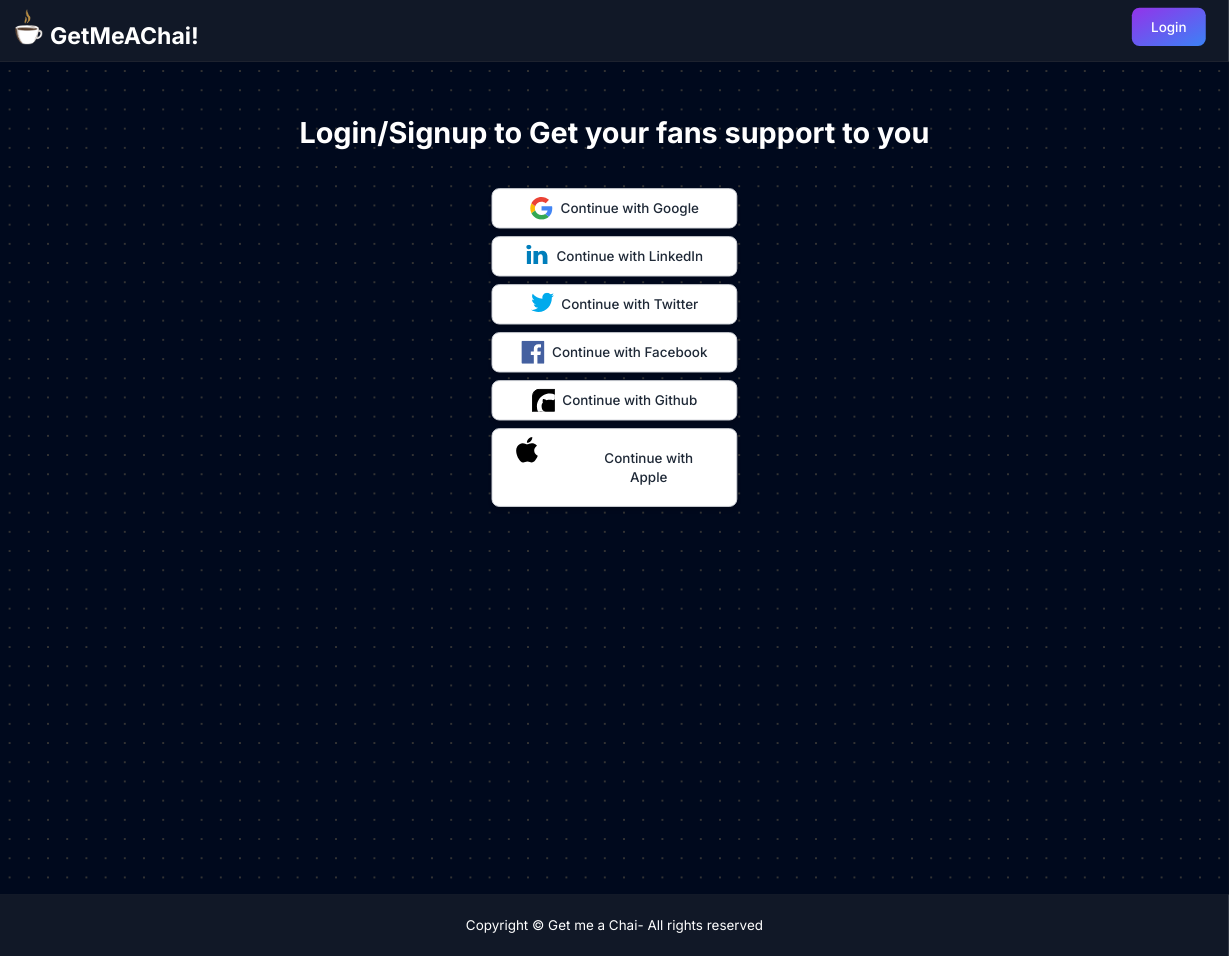
Repository: sarthaktomar579/saharaWorks
Page: /login
The author's editor kept a copy of each file at every save. The page is drawn from the files as they stood at one save, then again after a run of saves.
The browser window is 1280 px wide. The pictures show the whole page, at 96% of full size.
The project was rebuilt for these pictures with package versions that can differ from the ones it lists, and the page was loaded fresh each time. The framework's server and built-in components were replaced by stand-ins that run in the browser. Also part of the build but not shown: next.config.mjs.

Above is the page before, as saved 2024-08-31 20:56:23.

### app/layout.js
import { Inter } from "next/font/google";
import "./globals.css";
import Navbar from "@/components/Navbar";
import Footer from "@/components/Footer";

const inter = Inter({ subsets: ["latin"] });

export const metadata = {
  title: "Get me a Chai- Fund your projects with a chai",
  description: "This website is a crowd funding platform for creators",
};

export default function RootLayout({ children }) {
  return (
    <html lang="en">
      <body className={inter.className}>
        <Navbar/>
        <div className="min-h-[82.3vh] bg-[#000000] bg-[radial-gradient(#ffffff33_1px,#00091d_1px)] bg-[size:20px_20px]">
        {children}
        </div>
        <Footer/>
      </body>
    </html>
  );
}
{/* <div class="absolute top-0 z-[-2] h-screen w-screen bg-[#000000] bg-[radial-gradient(#ffffff33_1px,#00091d_1px)] bg-[size:20px_20px]"></div> */}

### app/login/page.js
import React from 'react';

const Login = () => {
    return (
        <div className='mx-auto py-14 text-white'>
            <h1 className='text-center text-3xl font-bold'>
                Login/Signup to Get your fans support to you
            </h1>
            <div className="flex flex-col gap-2 min-h-screen p-10">


                <button
                    className="mx-auto flex items-center justify-center w-64 border bg-white border-gray-300 rounded-lg shadow-md max-w-xs px-6 py-2 text-sm font-medium text-gray-800 hover:bg-gray-200 focus:outline-none focus:ring-2 focus:ring-offset-2 focus:ring-gray-500">
                    <svg className="h-6 w-6 mr-2" xmlns="http://www.w3.org/2000/svg" viewBox="-0.5 0 48 48" version="1.1">

                        <g id="Icons" stroke="none" stroke-width="1" fill="none" fill-rule="evenodd">
                            <g id="Color-" transform="translate(-401.000000, -860.000000)">
                                <g id="Google" transform="translate(401.000000, 860.000000)">
                                    <path
                                        d="M9.82727273,24 C9.82727273,22.4757333 10.0804318,21.0144 10.5322727,19.6437333 L2.62345455,13.6042667 C1.08206818,16.7338667 0.213636364,20.2602667 0.213636364,24 C0.213636364,27.7365333 1.081,31.2608 2.62025,34.3882667 L10.5247955,28.3370667 C10.0772273,26.9728 9.82727273,25.5168 9.82727273,24"
                                        id="Fill-1" fill="#FBBC05"> </path>
                                    <path
                                        d="M23.7136364,10.1333333 C27.025,10.1333333 30.0159091,11.3066667 32.3659091,13.2266667 L39.2022727,6.4 C35.0363636,2.77333333 29.6954545,0.533333333 23.7136364,0.533333333 C14.4268636,0.533333333 6.44540909,5.84426667 2.62345455,13.6042667 L10.5322727,19.6437333 C12.3545909,14.112 17.5491591,10.1333333 23.7136364,10.1333333"
                                        id="Fill-2" fill="#EB4335"> </path>
                                    <path
                                        d="M23.7136364,37.8666667 C17.5491591,37.8666667 12.3545909,33.888 10.5322727,28.3562667 L2.62345455,34.3946667 C6.44540909,42.1557333 14.4268636,47.4666667 23.7136364,47.4666667 C29.4455,47.4666667 34.9177955,45.4314667 39.0249545,41.6181333 L31.5177727,35.8144 C29.3995682,37.1488 26.7323182,37.8666667 23.7136364,37.8666667"
                                        id="Fill-3" fill="#34A853"> </path>
                                    <path
                                        d="M46.1454545,24 C46.1454545,22.6133333 45.9318182,21.12 45.6113636,19.7333333 L23.7136364,19.7333333 L23.7136364,28.8 L36.3181818,28.8 C35.6879545,31.8912 33.9724545,34.2677333 31.5177727,35.8144 L39.0249545,41.6181333 C43.3393409,37.6138667 46.1454545,31.6490667 46.1454545,24"
                                        id="Fill-4" fill="#4285F4"> </path>
                                </g>
                            </g>
                        </g>
                    </svg>
                    <span>Continue with Google</span>
                </button>


                <button
                    className="mx-auto flex items-center justify-center w-64  border bg-white border-gray-300 rounded-lg shadow-md max-w-xs px-6 py-2 text-sm font-medium text-gray-800 hover:bg-gray-200 focus:outline-none focus:ring-2 focus:ring-offset-2 focus:ring-gray-500">
                    <svg className="h-6 w-6 mr-2" xmlns="http://www.w3.org/2000/svg" viewBox="-0.5 0 48 48" version="1.1">
                        <g id="Icons" stroke="none" stroke-width="1" fill="none" fill-rule="evenodd">
                            <g id="Color-" transform="translate(-702.000000, -265.000000)" fill="#007EBB">
                                <path
                                    d="M746,305 L736.2754,305 L736.2754,290.9384 C736.2754,287.257796 734.754233,284.74515 731.409219,284.74515 C728.850659,284.74515 727.427799,286.440738 726.765522,288.074854 C726.517168,288.661395 726.555974,289.478453 726.555974,290.295511 L726.555974,305 L716.921919,305 C716.921919,305 717.046096,280.091247 716.921919,277.827047 L726.555974,277.827047 L726.555974,282.091631 C727.125118,280.226996 730.203669,277.565794 735.116416,277.565794 C741.21143,277.565794 746,281.474355 746,289.890824 L746,305 L746,305 Z M707.17921,274.428187 L707.117121,274.428187 C704.0127,274.428187 702,272.350964 702,269.717936 C702,267.033681 704.072201,265 707.238711,265 C710.402634,265 712.348071,267.028559 712.41016,269.710252 C712.41016,272.34328 710.402634,274.428187 707.17921,274.428187 L707.17921,274.428187 L707.17921,274.428187 Z M703.109831,277.827047 L711.685795,277.827047 L711.685795,305 L703.109831,305 L703.109831,277.827047 L703.109831,277.827047 Z"
                                    id="LinkedIn">

                                </path>
                            </g>
                        </g>
                    </svg> <span>Continue with LinkedIn</span>
                </button>


                <button
                    className="mx-auto flex items-center justify-center w-64  border bg-white border-gray-300 rounded-lg shadow-md max-w-xs px-6 py-2 text-sm font-medium text-gray-800 hover:bg-gray-200 focus:outline-none focus:ring-2 focus:ring-offset-2 focus:ring-gray-500">
                    <svg className="h-6 w-6 mr-2" xmlns="http://www.w3.org/2000/svg" viewBox="-0.5 0 48 48" version="1.1">
                        <g id="Icons" stroke="none" stroke-width="1" fill="none" fill-rule="evenodd">
                            <g id="Color-" transform="translate(-300.000000, -164.000000)" fill="#00AAEC">
                                <path
                                    d="M348,168.735283 C346.236309,169.538462 344.337383,170.081618 342.345483,170.324305 C344.379644,169.076201 345.940482,167.097147 346.675823,164.739617 C344.771263,165.895269 342.666667,166.736006 340.418384,167.18671 C338.626519,165.224991 336.065504,164 333.231203,164 C327.796443,164 323.387216,168.521488 323.387216,174.097508 C323.387216,174.88913 323.471738,175.657638 323.640782,176.397255 C315.456242,175.975442 308.201444,171.959552 303.341433,165.843265 C302.493397,167.339834 302.008804,169.076201 302.008804,170.925244 C302.008804,174.426869 303.747139,177.518238 306.389857,179.329722 C304.778306,179.280607 303.256911,178.821235 301.9271,178.070061 L301.9271,178.194294 C301.9271,183.08848 305.322064,187.17082 309.8299,188.095341 C309.004402,188.33225 308.133826,188.450704 307.235077,188.450704 C306.601162,188.450704 305.981335,188.390033 305.381229,188.271578 C306.634971,192.28169 310.269414,195.2026 314.580032,195.280607 C311.210424,197.99061 306.961789,199.605634 302.349709,199.605634 C301.555203,199.605634 300.769149,199.559408 300,199.466956 C304.358514,202.327194 309.53689,204 315.095615,204 C333.211481,204 343.114633,188.615385 343.114633,175.270495 C343.114633,174.831347 343.106181,174.392199 343.089276,173.961719 C345.013559,172.537378 346.684275,170.760563 348,168.735283"
                                    id="Twitter">

                                </path>
                            </g>
                        </g>
                    </svg>

                    <span>Continue with Twitter</span>
                </button>


                <button
                    className="mx-auto flex items-center justify-center w-64  border bg-white border-gray-300 rounded-lg shadow-md max-w-xs px-6 py-2 text-sm font-medium text-gray-800 hover:bg-gray-200 focus:outline-none focus:ring-2 focus:ring-offset-2 focus:ring-gray-500">
                   <svg className="h-6 w-6 mr-2" xmlns="http://www.w3.org/2000/svg" viewBox="-0.5 0 48 48" version="1.1">
                        <g id="Icons" stroke="none" stroke-width="1" fill="none" fill-rule="evenodd">
                            <g id="Color-" transform="translate(-200.000000, -160.000000)" fill="#4460A0">
                                <path
                                    d="M225.638355,208 L202.649232,208 C201.185673,208 200,206.813592 200,205.350603 L200,162.649211 C200,161.18585 201.185859,160 202.649232,160 L245.350955,160 C246.813955,160 248,161.18585 248,162.649211 L248,205.350603 C248,206.813778 246.813769,208 245.350955,208 L233.119305,208 L233.119305,189.411755 L239.358521,189.411755 L240.292755,182.167586 L233.119305,182.167586 L233.119305,177.542641 C233.119305,175.445287 233.701712,174.01601 236.70929,174.01601 L240.545311,174.014333 L240.545311,167.535091 C239.881886,167.446808 237.604784,167.24957 234.955552,167.24957 C229.424834,167.24957 225.638355,170.625526 225.638355,176.825209 L225.638355,182.167586 L219.383122,182.167586 L219.383122,189.411755 L225.638355,189.411755 L225.638355,208 L225.638355,208 Z"
                                    id="Facebook">

                                </path>
                            </g>
                        </g>
                    </svg>

                    <span>Continue with Facebook</span>
                </button>


                <button
                    className="mx-auto flex items-center justify-center w-64  border bg-white border-gray-300 rounded-lg shadow-md max-w-xs px-6 py-2 text-sm font-medium text-gray-800 hover:bg-gray-200 focus:outline-none focus:ring-2 focus:ring-offset-2 focus:ring-gray-500">
                   <svg className="h-6 w-6 mr-2" xmlns="http://www.w3.org/2000/svg" viewBox="-0.5 0 48 48" version="1.1">
                        <g id="team-collaboration/version-control/github" stroke="none" stroke-width="1" fill="none"
                            fill-rule="evenodd">
                            <g id="container" transform="translate(2.000000, 2.000000)" fill-rule="nonzero">
                                <rect id="mask" stroke="#000000" stroke-width="2" fill="#000000" x="-1"
                                    y="-1" width="71" height="71" rx="14">

                                </rect>
                                <path
                                    d="M58.3067362,21.4281798 C55.895743,17.2972267 52.6253846,14.0267453 48.4948004,11.615998 C44.3636013,9.20512774 39.8535636,8 34.9614901,8 C30.0700314,8 25.5585181,9.20549662 21.4281798,11.615998 C17.2972267,14.0266224 14.0269912,17.2972267 11.615998,21.4281798 C9.20537366,25.5590099 8,30.0699084 8,34.9607523 C8,40.8357654 9.71405782,46.1187277 13.1430342,50.8109917 C16.5716416,55.5036246 21.0008949,58.7507436 26.4304251,60.5527176 C27.0624378,60.6700211 27.5302994,60.5875152 27.8345016,60.3072901 C28.1388268,60.0266961 28.290805,59.6752774 28.290805,59.2545094 C28.290805,59.1842994 28.2847799,58.5526556 28.2730988,57.3588401 C28.2610487,56.1650247 28.2553926,55.1235563 28.2553926,54.2349267 L27.4479164,54.3746089 C26.9330843,54.468919 26.2836113,54.5088809 25.4994975,54.4975686 C24.7157525,54.4866252 23.9021284,54.4044881 23.0597317,54.2517722 C22.2169661,54.1004088 21.4330982,53.749359 20.7075131,53.1993604 C19.982297,52.6493618 19.4674649,51.9294329 19.1631397,51.0406804 L18.8120898,50.2328353 C18.5780976,49.6950097 18.2097104,49.0975487 17.7064365,48.4426655 C17.2031625,47.7871675 16.6942324,47.3427912 16.1794003,47.108799 L15.9336039,46.9328437 C15.7698216,46.815909 15.6178435,46.6748743 15.4773006,46.511215 C15.3368806,46.3475556 15.2317501,46.1837734 15.1615401,46.0197452 C15.0912072,45.855594 15.1494901,45.7209532 15.3370036,45.6153308 C15.5245171,45.5097084 15.8633939,45.4584343 16.3551097,45.4584343 L17.0569635,45.5633189 C17.5250709,45.6571371 18.104088,45.9373622 18.7947525,46.4057156 C19.4850481,46.8737001 20.052507,47.4821045 20.4972521,48.230683 C21.0358155,49.1905062 21.6846737,49.9218703 22.4456711,50.4251443 C23.2060537,50.9284182 23.9727072,51.1796248 24.744894,51.1796248 C25.5170807,51.1796248 26.1840139,51.121096 26.7459396,51.0046532 C27.3072505,50.8875956 27.8338868,50.7116403 28.3256025,50.477771 C28.5362325,48.9090515 29.1097164,47.7039238 30.0455624,46.8615271 C28.7116959,46.721353 27.5124702,46.5102313 26.4472706,46.2295144 C25.3826858,45.9484285 24.2825656,45.4922482 23.1476478,44.8597436 C22.0121153,44.2280998 21.0701212,43.44374 20.3214198,42.5080169 C19.5725954,41.571802 18.9580429,40.3426971 18.4786232,38.821809 C17.9989575,37.300306 17.7590632,35.5451796 17.7590632,33.5559381 C17.7590632,30.7235621 18.6837199,28.3133066 20.5326645,26.3238191 C19.6665366,24.1944035 19.7483048,21.8072644 20.778215,19.1626478 C21.4569523,18.951772 22.4635002,19.1100211 23.7973667,19.6364115 C25.1314792,20.1630477 26.1082708,20.6141868 26.7287253,20.9882301 C27.3491798,21.3621504 27.8463057,21.6790175 28.2208409,21.9360032 C30.3978419,21.3277217 32.644438,21.0235195 34.9612442,21.0235195 C37.2780503,21.0235195 39.5251383,21.3277217 41.7022622,21.9360032 L43.0362517,21.0938524 C43.9484895,20.5319267 45.0257392,20.0169716 46.2654186,19.5488642 C47.5058357,19.0810026 48.4543466,18.9521409 49.1099676,19.1630167 C50.1627483,21.8077563 50.2565666,24.1947724 49.3901927,26.324188 C51.2390143,28.3136755 52.1640399,30.7245457 52.1640399,33.556307 C52.1640399,35.5455485 51.9232849,37.3062081 51.444357,38.8393922 C50.9648143,40.3728223 50.3449746,41.6006975 49.5845919,42.5256002 C48.8233486,43.4503799 47.8753296,44.2285916 46.7404118,44.8601125 C45.6052481,45.4921252 44.504759,45.9483056 43.4401742,46.2293914 C42.3750975,46.5104772 41.1758719,46.7217219 39.8420054,46.8621419 C41.0585683,47.9149226 41.6669728,49.5767225 41.6669728,51.846804 L41.6669728,59.2535257 C41.6669728,59.6742937 41.8132948,60.0255895 42.1061847,60.3063064 C42.3987058,60.5865315 42.8606653,60.6690374 43.492678,60.5516109 C48.922946,58.7498829 53.3521992,55.5026409 56.7806837,50.810008 C60.2087994,46.117744 61.923472,40.8347817 61.923472,34.9597686 C61.9222424,30.0695396 60.7162539,25.5590099 58.3067362,21.4281798 Z"
                                    id="Shape" fill="#FFFFFF">

                                </path>
                            </g>
                        </g>
                    </svg>

                    <span>Continue with Github</span>
                </button>


                <button
                    className="mx-auto flex items-center justify-center w-64  border bg-white border-gray-300 rounded-lg shadow-md max-w-xs px-6 py-2 text-sm font-medium text-gray-800 hover:bg-gray-200 focus:outline-none focus:ring-2 focus:ring-offset-2 focus:ring-gray-500">
                   <svg className="h-16 w-16 mr-2" xmlns="http://www.w3.org/2000/svg" viewBox="-0.5 0 48 48" version="1.1">
                        <g id="Page-1" stroke="none" stroke-width="1" fill="none" fill-rule="evenodd">
                            <g id="Dribbble-Light-Preview" transform="translate(-102.000000, -7439.000000)" fill="#000000">
                                <g id="icons" transform="translate(56.000000, 160.000000)">
                                    <path
                                        d="M57.5708873,7282.19296 C58.2999598,7281.34797 58.7914012,7280.17098 58.6569121,7279 C57.6062792,7279.04 56.3352055,7279.67099 55.5818643,7280.51498 C54.905374,7281.26397 54.3148354,7282.46095 54.4735932,7283.60894 C55.6455696,7283.69593 56.8418148,7283.03894 57.5708873,7282.19296 M60.1989864,7289.62485 C60.2283111,7292.65181 62.9696641,7293.65879 63,7293.67179 C62.9777537,7293.74279 62.562152,7295.10677 61.5560117,7296.51675 C60.6853718,7297.73474 59.7823735,7298.94772 58.3596204,7298.97372 C56.9621472,7298.99872 56.5121648,7298.17973 54.9134635,7298.17973 C53.3157735,7298.17973 52.8162425,7298.94772 51.4935978,7298.99872 C50.1203933,7299.04772 49.0738052,7297.68074 48.197098,7296.46676 C46.4032359,7293.98379 45.0330649,7289.44985 46.8734421,7286.3899 C47.7875635,7284.87092 49.4206455,7283.90793 51.1942837,7283.88393 C52.5422083,7283.85893 53.8153044,7284.75292 54.6394294,7284.75292 C55.4635543,7284.75292 57.0106846,7283.67793 58.6366882,7283.83593 C59.3172232,7283.86293 61.2283842,7284.09893 62.4549652,7285.8199 C62.355868,7285.8789 60.1747177,7287.09489 60.1989864,7289.62485"
                                        id="apple-[#173]">

                                    </path>
                                </g>
                            </g>
                        </g>
                    </svg>

                    <span>Continue with Apple</span>
                </button>


            </div>
        </div>
    );
};

export default Login;

### components/Navbar.js
import React from 'react'
import Link from 'next/link'

const Navbar = () => {
  return (
    <nav className='bg-gray-900 text-white flex justify-between items-center px-4 h-16'>
       <div className="logo font-bold text-lg flex justify-center items-baseline gap-2">
        <img width={28} src="tea.gif" alt="" />
        <span className='text-2xl'>GetMeAChai!</span>
      </div>
       {/* <ul className='flex justify-between gap-4'>
        <li>Home</li>
        <li>About</li>
        <li>Projects</li>
        <li>Sign up</li>
        <li>Login</li>
       </ul> */}

       <div>
         <Link href={'/login'}>
          <button className='text-white bg-gradient-to-br from-purple-600 to-blue-500 hover:bg-gradient-to-bl focus:ring-4 focus:outline-none focus:ring-blue-300 dark:focus:ring-blue-800 font-medium rounded-lg text-sm px-5 py-2.5 text-center me-2 mb-2'>
            Login
          </button>
         </Link>
       </div>
    </nav>
  )
}

export default Navbar

### components/Footer.js
import React from 'react'

const Footer = () => {
  return (
    <footer className='bg-gray-900 text-sm text-white flex justify-center items-center px-4 h-16'>
      <p className='text-center'>Copyright &copy; Get me a Chai- All rights reserved</p>
    </footer>
  )
}

export default Footer

Loaded but not shown: app/globals.css (common file); tailwind.config.js (common file)

After the next 2 saves:
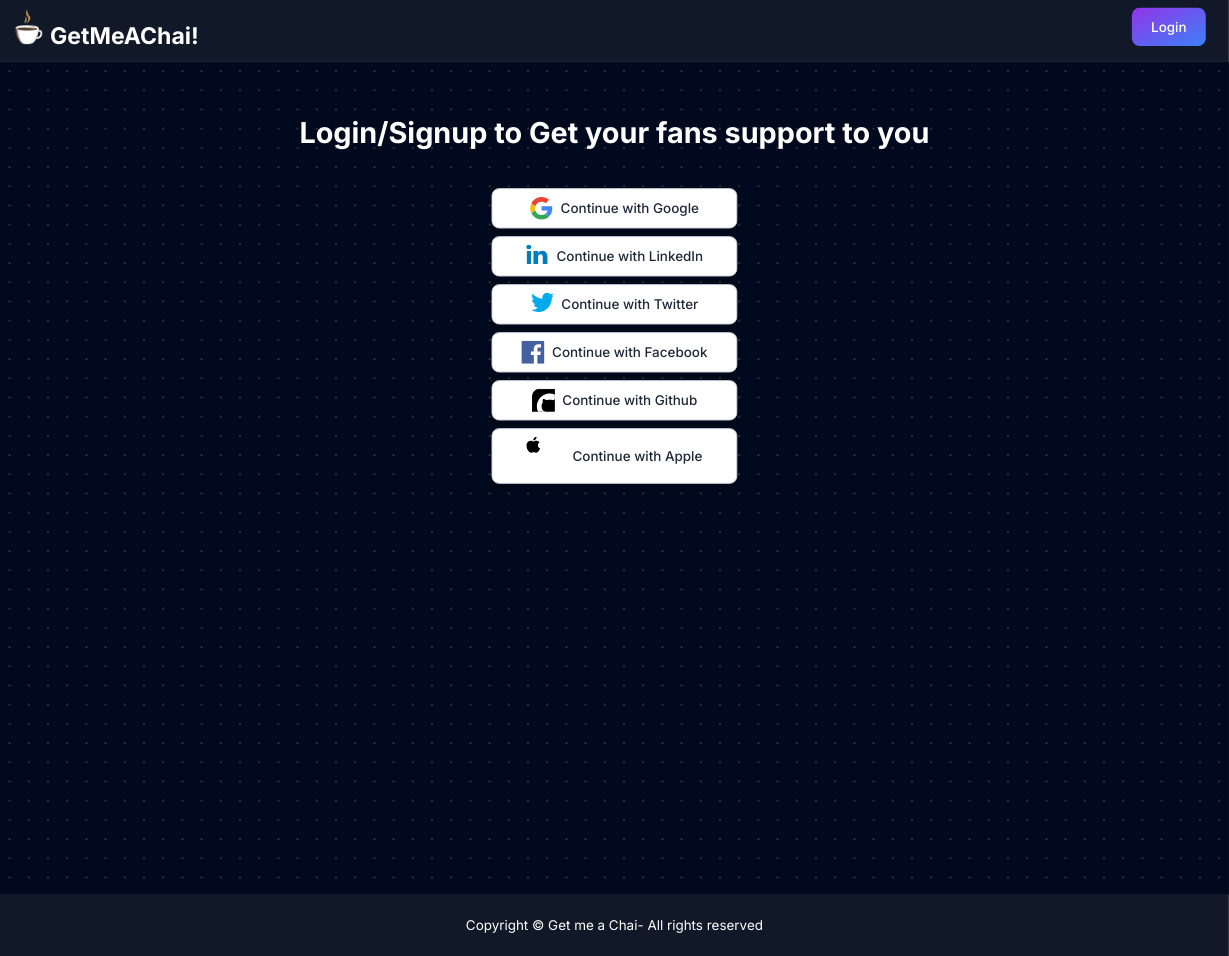
The 2 saves are shown as one change because they came seconds apart.
The last was saved 12 s later.
--- a/app/login/page.js
+++ b/app/login/page.js
@@ -113,7 +113,7 @@
 
                 <button
                     className="mx-auto flex items-center justify-center w-64  border bg-white border-gray-300 rounded-lg shadow-md max-w-xs px-6 py-2 text-sm font-medium text-gray-800 hover:bg-gray-200 focus:outline-none focus:ring-2 focus:ring-offset-2 focus:ring-gray-500">
-                   <svg className="h-16 w-16 mr-2" xmlns="http://www.w3.org/2000/svg" viewBox="-0.5 0 48 48" version="1.1">
+                   <svg className="h-10 w-160 mr-2" xmlns="http://www.w3.org/2000/svg" viewBox="-0.5 0 48 48" version="1.1">
                         <g id="Page-1" stroke="none" stroke-width="1" fill="none" fill-rule="evenodd">
                             <g id="Dribbble-Light-Preview" transform="translate(-102.000000, -7439.000000)" fill="#000000">
                                 <g id="icons" transform="translate(56.000000, 160.000000)">
